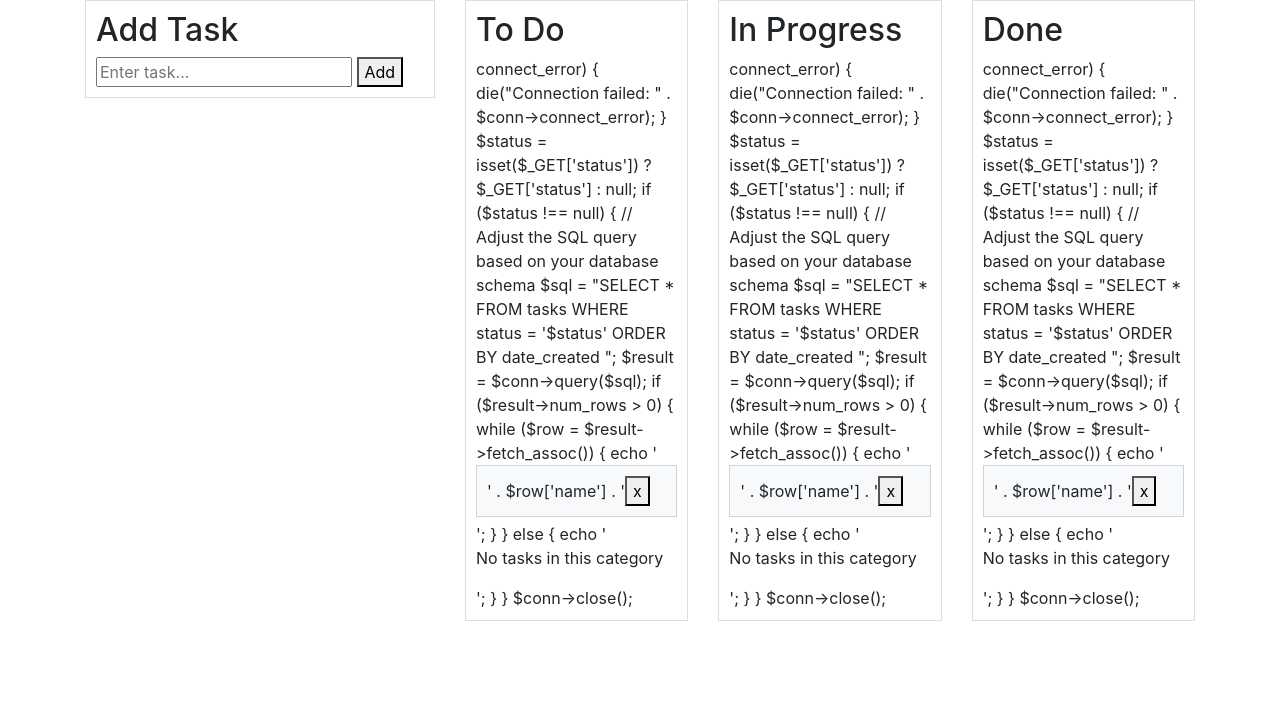
Repository: ZakariaZhlat125/test-rar-it
Page: index.html
These files come from the project's save history. The page is drawn as it stood at one moment and after the next save; the edit follows.
The browser window is 1280 px wide. The pictures show the whole page.
Some web libraries are served in a nearby version.

Above is the page before, as saved 2024-03-01 22:47:23.

### index.html
<!DOCTYPE html>
<html lang="en">
  <head>
    <meta charset="UTF-8" />
    <meta name="viewport" content="width=device-width, initial-scale=1.0" />
    <link
      href="https://stackpath.bootstrapcdn.com/bootstrap/4.5.0/css/bootstrap.min.css"
      rel="stylesheet"
    />
    <link rel="stylesheet" href="styles.css" />
    <title>Drag and Drop To-Do List</title>
  </head>
  <body>
    <div class="container">
      <div class="row">
        <div class="col-md-4">
          <div
            id="add-task"
            class="task-list"
            ondrop="drop(event)"
            ondragover="allowDrop(event)"
          >
            <h2>Add Task</h2>
            <input type="text" id="taskInput" placeholder="Enter task..." />
            <button onclick="addTask()">Add</button>
          </div>
        </div>

        <div class="col-md-8">
          <div class="row">
            <div class="col-md-4">
              <div
                id="todo"
                class="task-list"
                ondrop="drop(event)"
                ondragover="allowDrop(event)"
              >
                <h2>To Do</h2>
                <!-- Display tasks from the database -->
                <div id="todo-tasks-container"></div>
              </div>
            </div>
            <div class="col-md-4">
              <div
                id="in-progress"
                class="task-list"
                ondrop="drop(event)"
                ondragover="allowDrop(event)"
              >
                <h2>In Progress</h2>
                <!-- Display tasks from the database -->
                <div id="in-progress-tasks-container"></div>
              </div>
            </div>
            <div class="col-md-4">
              <div
                id="done"
                class="task-list"
                ondrop="drop(event)"
                ondragover="allowDrop(event)"
              >
                <h2>Done</h2>
                <!-- Display tasks from the database -->
                <div id="done-tasks-container"></div>
              </div>
            </div>
          </div>
        </div>
      </div>
    </div>

    <script src="https://code.jquery.com/jquery-3.5.1.min.js"></script>
    <script src="https://cdn.jsdelivr.net/npm/@popperjs/core@2.10.2/dist/umd/popper.min.js"></script>
    <script src="https://stackpath.bootstrapcdn.com/bootstrap/4.5.0/js/bootstrap.min.js"></script>
    <script src="script.js"></script>
  </body>
</html>

### styles.css

.container {
display: flex;
}
.task-list {
  border: 1px solid #ddd;
  padding: 10px;
  margin-bottom: 20px;
}

.task-item {
  background-color: #f8f9fa;
  border: 1px solid #ced4da;
  margin-bottom: 5px;
  padding: 10px;
  cursor: grab;
}

### script.js
$(document).ready(function () {
  // Fetch and display tasks from the database on page load
  fetchAndDisplayTasks("todo", "todo-tasks-container");
  fetchAndDisplayTasks("in-progress", "in-progress-tasks-container");
  fetchAndDisplayTasks("done", "done-tasks-container");
});

function fetchAndDisplayTasks(listId, containerId) {
  $.ajax({
    type: "GET",
    url: "fetch_tasks.php", // Adjust the URL based on your server-side implementation
    data: { status: listId },
    success: function (response) {
      // Append tasks to the specified container
      $("#" + containerId).html(response);
      addDeleteButtons();
      addDragListeners();
    },
    error: function (xhr, status, error) {
      console.error("Error fetching tasks: " + xhr.responseText);
    },
  });
}

function addDragListeners() {
  // Add dragstart event listener to each task
  $(".task-item").on("dragstart", function (event) {
    event.originalEvent.dataTransfer.setData("text", event.target.id);
  });

  // Add drop event listener to each task list
  $(".task-list").on("drop", function (event) {
    event.preventDefault();
    var data = event.originalEvent.dataTransfer.getData("text");
    console.log(data);
    var draggedElement = $("#" + data);

    // Get the target task list
    var targetList = $(event.target).closest(".task-list");

    // Append the dragged element to the target task list
    if (targetList) {
      targetList.append(draggedElement);
      // Update the status in the database
      updateTaskStatus(draggedElement.attr("id"), targetList.attr("id"));
    }
  });

  // Add dragover event listener to each task list
  $(".task-list").on("dragover", function (event) {
    event.preventDefault();
  });
  $(".delete-btn").on("dragstart", function (event) {
    event.stopPropagation();
  });
}
function allowDrop(event) {
  event.preventDefault();
}

function drag(event) {
  event.dataTransfer.setData("text", event.target.id);
}

function drop(event) {
  event.preventDefault();
  var data = event.dataTransfer.getData("text");
  var draggedElement = document.getElementById(data);

  // Get the target task list
  var targetList = event.target.closest(".task-list");

  // Append the dragged element to the target task list
  if (targetList) {
    targetList.appendChild(draggedElement);
  }

  // TODO: Check if the target list is the "Add Task" box and handle accordingly
  if (targetList.id === "add-task") {
    // Add task handling logic here
    addTask(draggedElement.textContent);
  }

  // TODO: Save data to the database using AJAX and update the server-side records
  saveTaskToDatabase();
}

function addTask(taskText) {
  var taskInput = document.getElementById("taskInput");
  var taskText = taskInput.value.trim();

  if (taskText !== "") {
    // Create a new task item
    var newTask = document.createElement("div");
    newTask.textContent = taskText;
    newTask.className = "task-item";
    newTask.draggable = true;
    newTask.id = "task" + Math.floor(Math.random() * 1000);
    // Make the newly added task draggable
    newTask.setAttribute("draggable", true);
    newTask.setAttribute("ondragstart", "drag(event)");

    // Append the new task to the "Add Task" box
    var addTaskBox = document.getElementById("add-task");
    addTaskBox.appendChild(newTask);

    // Clear the input field
    taskInput.value = "";

    // Save the task to the database
    saveTaskToDatabase(newTask.textContent);
  }
}

function saveTaskToDatabase(taskText) {
  // TODO: Implement AJAX to save the task to the database
  $.ajax({
    type: "POST",
    url: "save.php",
    data: {
      taskText: taskText,
      action: "addTask", // Indicate that this is an add task action
    },
    success: function (response) {
      console.log(response);
    },
    error: function (xhr, status, error) {
      console.error("Error: " + xhr.responseText);
    },
  });
  addDragListeners();
}

function updateTaskStatus(taskId, status) {
  $.ajax({
    type: "POST",
    url: "update_status.php",
    data: {
      taskId: taskId,
      status: status,
    },
    success: function (response) {
      console.log(response);
    },
    error: function (xhr, status, error) {
      console.error("Error updating task status: " + xhr.responseText);
    },
  });
}

////  delete  /////
function addDeleteButtons() {
  // Add a delete button to each task
  $(".task-item").each(function () {
    // Check if the delete button is already added to the task
    if ($(this).find(".delete-btn").length === 0) {
      var deleteButton = $("<button>")
        .addClass("delete-btn")
        .text("x")
        .click(function () {
          deleteTask($(this).closest(".task-item"));
        });

      $(this).append(deleteButton);
    }
  });
}

function deleteTask(taskItem) {
  var taskId = taskItem.attr("id");

  // TODO: Remove the task from the database using AJAX and update the server-side records
  removeTaskFromDatabase(taskId);

  // Remove the task item from the DOM
  taskItem.remove();
}

function removeTaskFromDatabase(taskId) {
  // TODO: Implement AJAX to remove the task from the database
  $.ajax({
    type: "POST",
    url: "remove.php",
    data: {
      taskId: taskId,
      action: "removeTask", // Indicate that this is a remove task action
    },
    success: function (response) {
      console.log(response);
    },
    error: function (xhr, status, error) {
      console.error("Error: " + xhr.responseText);
    },
  });
}

After the next save:
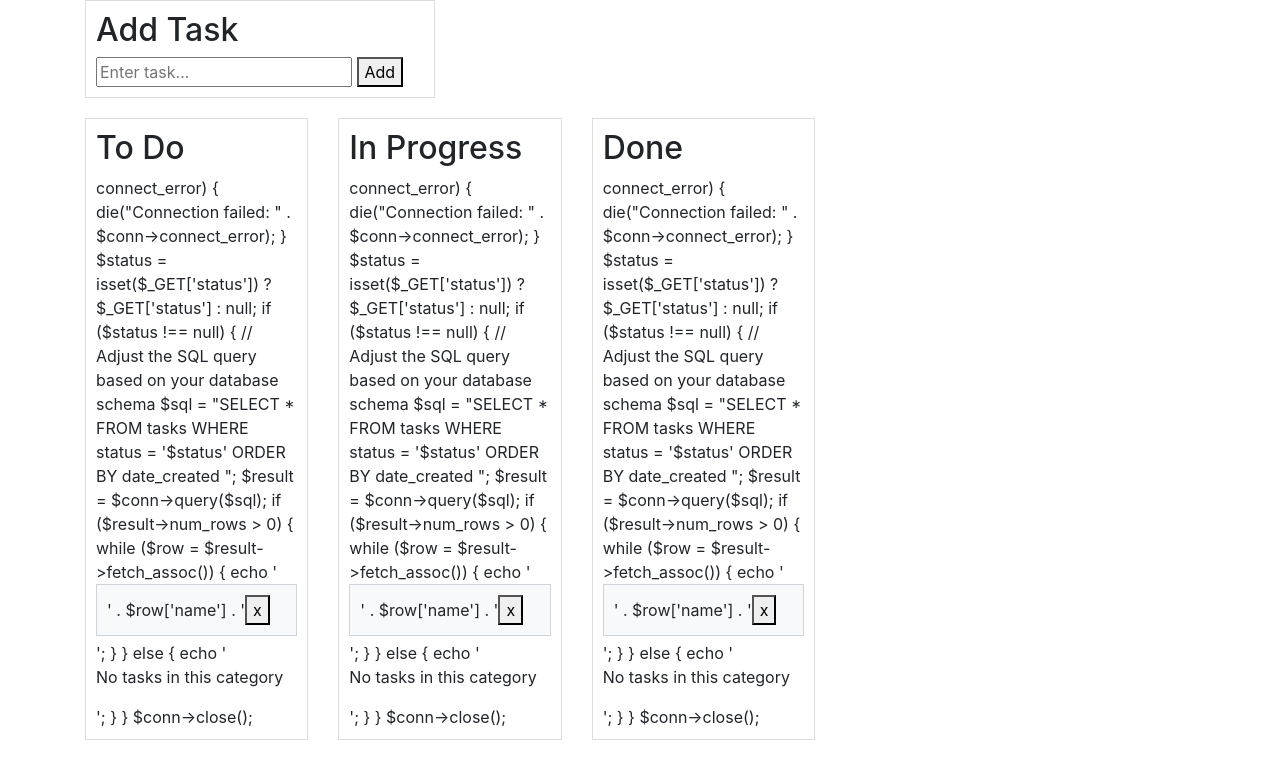
Saved 39 s later.
--- a/index.html
+++ b/index.html
@@ -25,43 +25,44 @@
             <button onclick="addTask()">Add</button>
           </div>
         </div>
-
-        <div class="col-md-8">
-          <div class="row">
-            <div class="col-md-4">
-              <div
-                id="todo"
-                class="task-list"
-                ondrop="drop(event)"
-                ondragover="allowDrop(event)"
-              >
-                <h2>To Do</h2>
-                <!-- Display tasks from the database -->
-                <div id="todo-tasks-container"></div>
+        <div class="bigbox">
+          <div class="col-md-8">
+            <div class="row">
+              <div class="col-md-4">
+                <div
+                  id="todo"
+                  class="task-list"
+                  ondrop="drop(event)"
+                  ondragover="allowDrop(event)"
+                >
+                  <h2>To Do</h2>
+                  <!-- Display tasks from the database -->
+                  <div id="todo-tasks-container"></div>
+                </div>
               </div>
-            </div>
-            <div class="col-md-4">
-              <div
-                id="in-progress"
-                class="task-list"
-                ondrop="drop(event)"
-                ondragover="allowDrop(event)"
-              >
-                <h2>In Progress</h2>
-                <!-- Display tasks from the database -->
-                <div id="in-progress-tasks-container"></div>
+              <div class="col-md-4">
+                <div
+                  id="in-progress"
+                  class="task-list"
+                  ondrop="drop(event)"
+                  ondragover="allowDrop(event)"
+                >
+                  <h2>In Progress</h2>
+                  <!-- Display tasks from the database -->
+                  <div id="in-progress-tasks-container"></div>
+                </div>
               </div>
-            </div>
-            <div class="col-md-4">
-              <div
-                id="done"
-                class="task-list"
-                ondrop="drop(event)"
-                ondragover="allowDrop(event)"
-              >
-                <h2>Done</h2>
-                <!-- Display tasks from the database -->
-                <div id="done-tasks-container"></div>
+              <div class="col-md-4">
+                <div
+                  id="done"
+                  class="task-list"
+                  ondrop="drop(event)"
+                  ondragover="allowDrop(event)"
+                >
+                  <h2>Done</h2>
+                  <!-- Display tasks from the database -->
+                  <div id="done-tasks-container"></div>
+                </div>
               </div>
             </div>
           </div>
